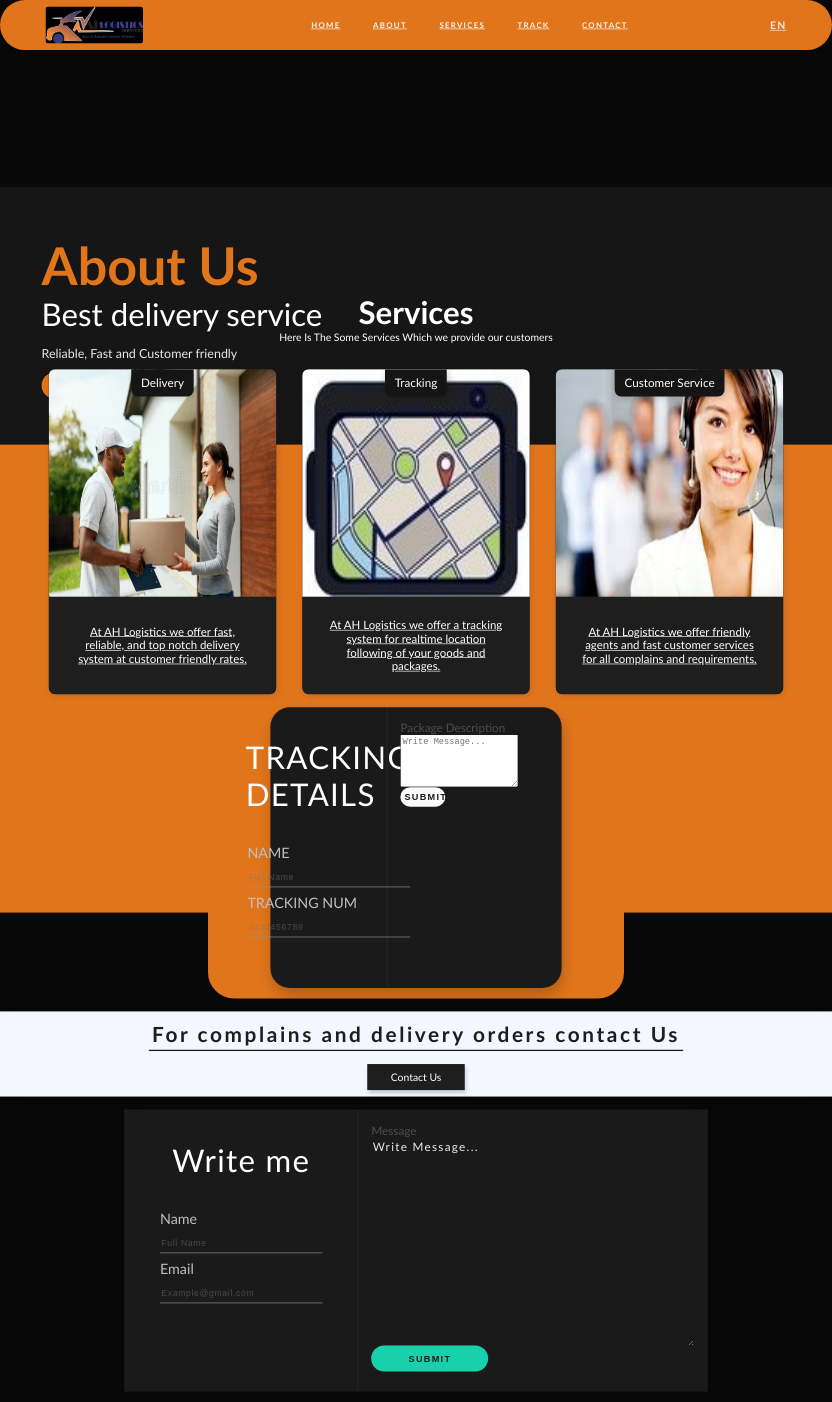
Repository: TheSecretlifeOfX/Ah-Logistics
Page: index.html
The author's editor kept a copy of each file at every save. The page is drawn from the files as they stood at one save, then again after the next save.
The browser window is 1280 px wide. The pictures show the whole page, at 65% of full size.

Above is the page before, as saved 2022-03-02 16:08:56.

After the next save:
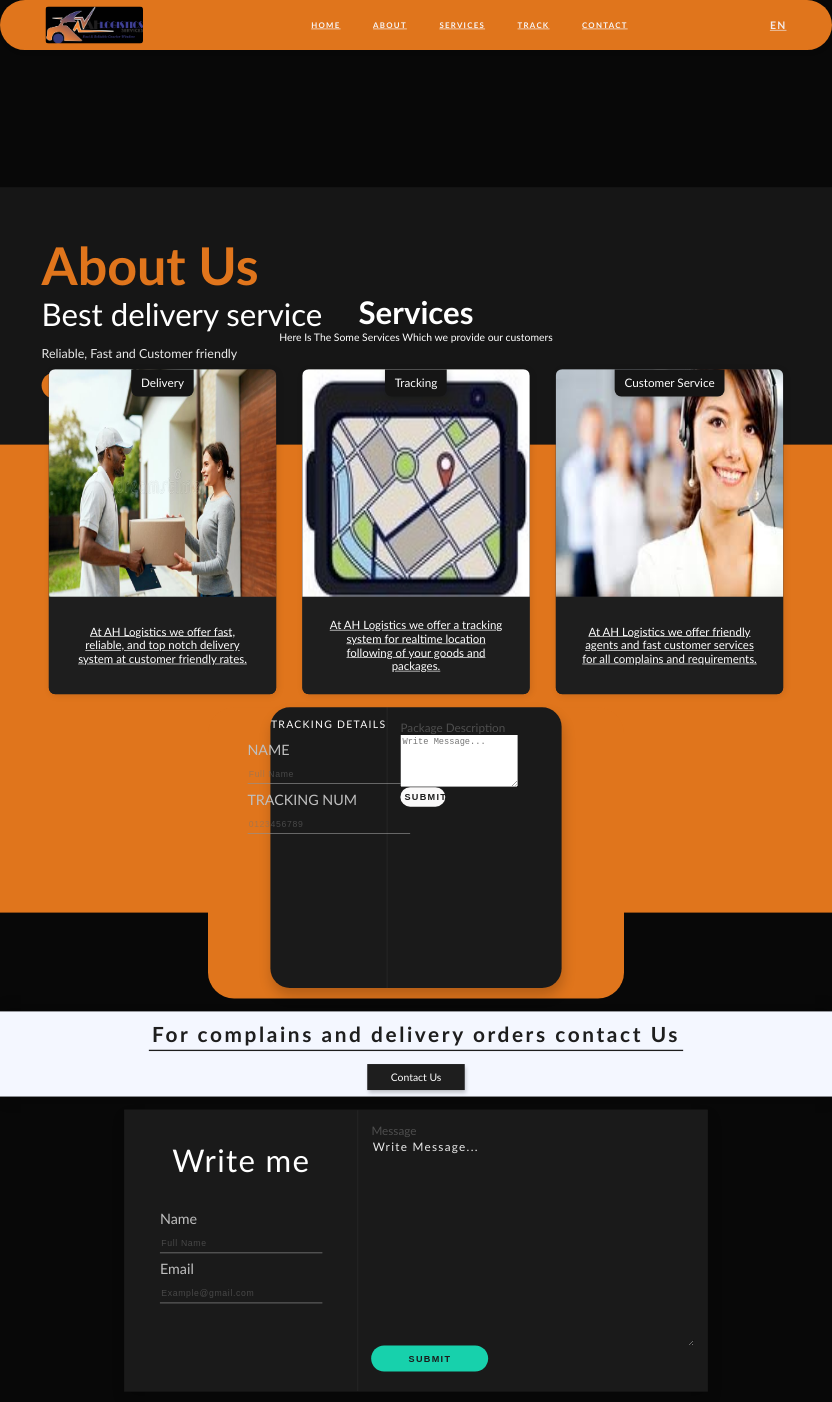
Saved 5 min 20 s later.
--- a/css/home.css
+++ b/css/home.css
@@ -262,7 +262,7 @@ body{
 		.T-Heading{
 			font-family: calibri;
 			color:#fffefe;
-			font-size: 3rem;
+			font-size: 1rem;
 			letter-spacing: 2px;
 			font-weight: 400;
 		}
